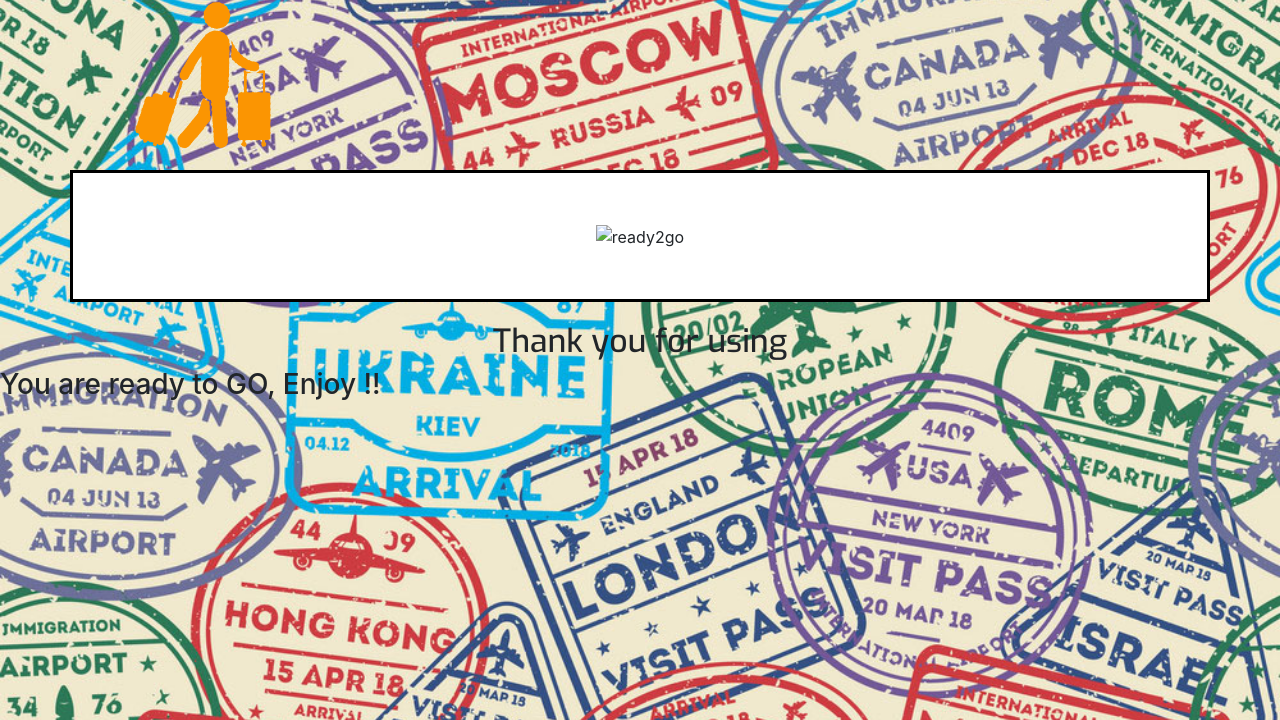
Repository: Code-Institute-Submissions/travelChecklist
Page: donepage.html
The author's editor kept a record of every edit. The page is drawn from the files as they stood at one moment, then again after the next edit.
The browser window is 1280 px wide. The pictures show the whole page.

Above is the page before.

### donepage.html
<!DOCTYPE html>
<html lang="en">

<head>
    <meta charset="UTF-8">
    <meta name="viewport" content="width=device-width, initial-scale=1.0">
    <meta http-equiv="X-UA-Compatible" content="ie=edge">

    <link rel="stylesheet" href="https://stackpath.bootstrapcdn.com/bootstrap/4.3.1/css/bootstrap.min.css" type="text/css">
    <link rel="stylesheet" href="https://stackpath.bootstrapcdn.com/font-awesome/4.7.0/css/font-awesome.min.css" type="text/css">
    <link rel="stylesheet" href="https://cdnjs.cloudflare.com/ajax/libs/hover.css/2.3.1/css/hover-min.css" type="text/css">
    <link rel="stylesheet" href="asset/css/style.css" type="text/css">



    <title>Travel Checklist</title>
</head>

<body>
    <div class="bg-color">
    <header>

            <div class="row">
        <a href="index.html" class="col"><img src="asset/images/ready2go.png" alt="logo" class="logo"/></a></div>

            <div class="container">
                <center>
        <img scr="asset/images/ready2go.png" alt="ready2go" class="ready2go">
        </div>
        <h2>Thank you for using</h2>
        <h3>You are ready to GO, Enjoy !!</h3>

    </div>
    </header>
    </div>


</body>

</html>

### asset/css/style.css
@import url('https://fonts.googleapis.com/css?family=Roboto:100,200,300,400,500,600,700|Exo:100,200,300,400,500,600,700');

body,
html {
  height: 100%;
}

.logo {
  height: 150px;
  margin-left: 10%;
}

.bg-color {
  background-image: url("../images/background.jpg");
  height: 100%;
  max-width: 100%;
  overflow: hidden;
  background-position: center;
  background-repeat: no-repeat;
  background-size: cover;
}



/*--------------------------------------------------------------Middle Container**/

.container {
  width: 100%;
  border: 3px solid black;
  background-color: white;
  padding: 50px;
  margin: 20px;
  margin-left: auto;
  margin-right: auto;
  display: block;
  overflow: scroll;
  overflow-y: scroll;
  min-height: auto;
  max-height: 500px;
  overflow-x: none;
}

/*--------------------------------------------------------------Question Button**/

.btn {
  height: 350px;
  border-color: #aaa;
}

/*--------------------------------------------------------------Question Title**/

h2 {
  text-align: center;
  font-family: Exo, sans-serif;
}

/*--------------------------------------------------------------Checklist**/

.container-checklist {
  display: block;
  position: relative;
  padding-left: 35px;
  margin-bottom: 12px;
  cursor: pointer;
  font-size: 18px;
  -webkit-user-select: none;
  -moz-user-select: none;
  -ms-user-select: none;
  user-select: none;
}

.container-checklist input {
  position: absolute;
  opacity: 0;
  cursor: pointer;
  height: 0;
  width: 0;
}

.checkmark {
  position: absolute;
  top: 0;
  left: 0;
  height: 25px;
  width: 25px;
  background-color: #eee;
}

.container-checklist:hover input ~ .checkmark {
  background-color: #ccc;
}

.container-checklist input:checked ~ .checkmark {
  background-color: #2196F3;
}

.checkmark:after {
  content: "";
  position: absolute;
  display: none;
}

.container-checklist input:checked ~ .checkmark:after {
  display: block;
}

.container-checklist .checkmark:after {
  left: 9px;
  top: 5px;
  width: 5px;
  height: 10px;
  border: solid white;
  border-width: 0 3px 3px 0;
  -webkit-transform: rotate(45deg);
  -ms-transform: rotate(45deg);
  transform: rotate(45deg);
}

/*--------------------------------------------------------------footer**/

.footerbtn {
  float: right;
  margin-right: 3px;
  padding: 15px;
  border-radius: 9px;
  background-color: #8b78a7;
  color: black;
  opacity: 0.8;
  transition: 0.3s;
  text-decoration: none;
  cursor: pointer;
}

.footerbtn:hover {opacity: 1}

/*-------------------------------------------------------------done btn**/

.donebtn {
  float: right;
  margin-right: 15%;
  padding: 15px 20px;
  border-radius: 9px;
  background-color: #8b78a7;
  color: black;
  opacity: 0.8;
  transition: 0.3s;
  text-decoration: none;
  cursor: pointer;
}

.donebtn:hover {
  opacity: 1;;
}

a {
  text-decoration: none;
}

a:hover {
  text-decoration: none;
}

/*---------------------------------------------------------------media**/
@media only screen and (max-width: 600px) {
  .container {height: 70%;}
  .logo {height: 100px;}
}

div#map {
  min-height: 200px;
  width: 50%;
}

.map-location {
  float: left;
}

After the next edit:
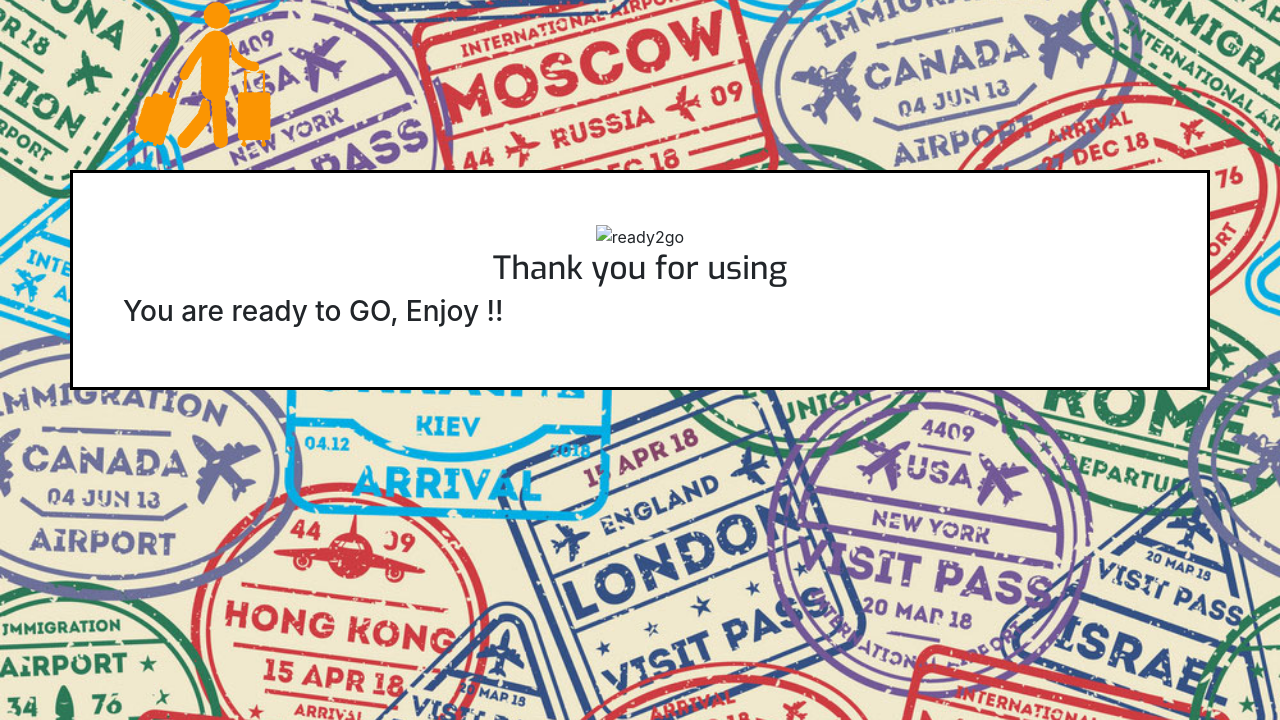
The edit:
--- a/donepage.html
+++ b/donepage.html
@@ -26,7 +26,7 @@
             <div class="container">
                 <center>
         <img scr="asset/images/ready2go.png" alt="ready2go" class="ready2go">
-        </div>
+        </center>
         <h2>Thank you for using</h2>
         <h3>You are ready to GO, Enjoy !!</h3>
 
